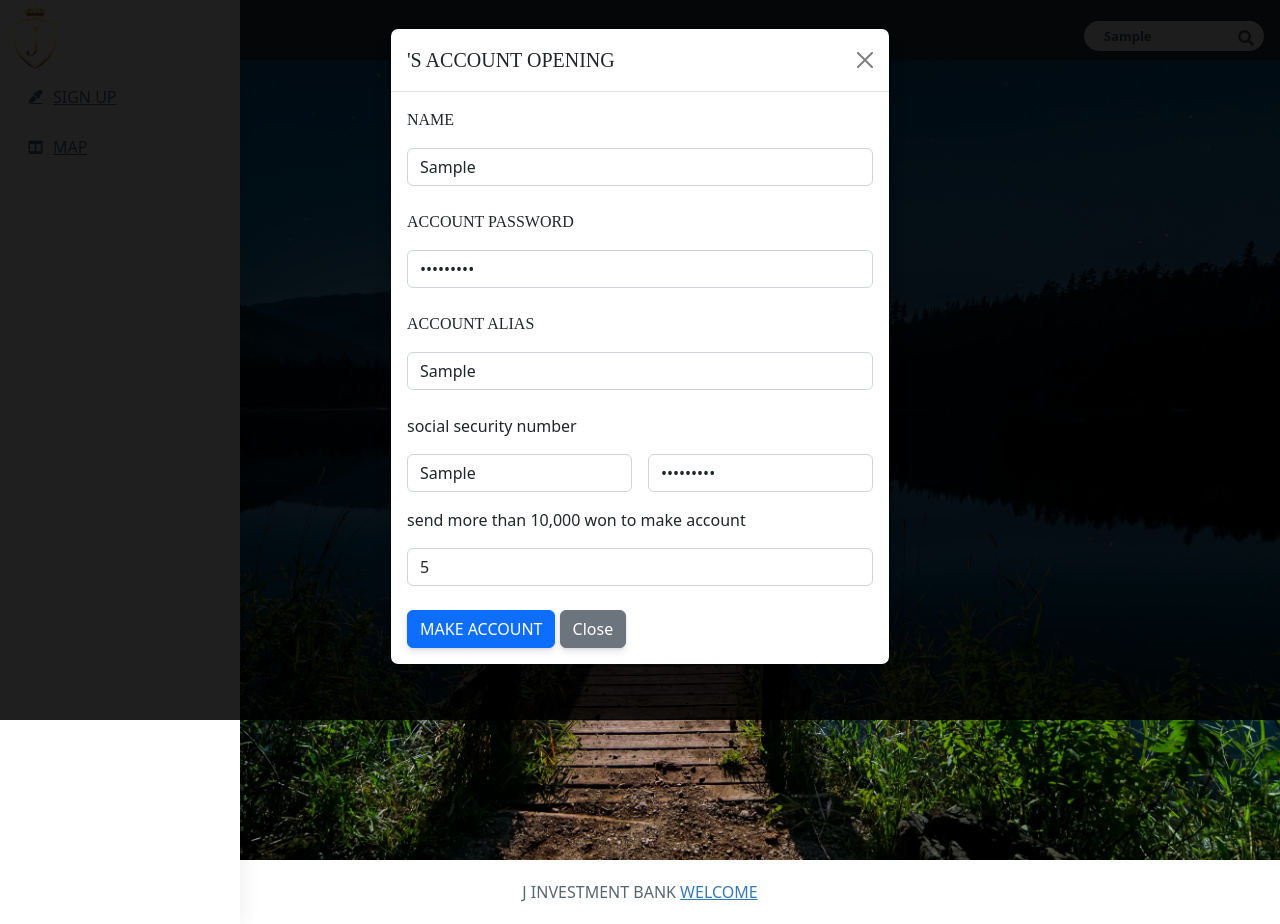
Repository: chopilyeon/HanaOpenBanking
Page: http://localhost/OpenBanking/jsp/bank/openAccount.jsp
An editor plug-in stored every save of this project. The page is shown before and after the next save, followed by the edit.
The browser window is 1280 px wide. The pictures show the whole page.
Empty fields were first filled with sample values (such as "Sample", 5 or name@example.com).
After loading, the first visible `.modal-body > form` was submitted once.
Some web fonts or font styles are not loaded; a fallback is used. The page is served by Tomcat 9.

Above is the page before, as saved 2022-07-15 07:23:22.
Console error: TypeError: Cannot read properties of null (reading 'querySelector')

After the next save:
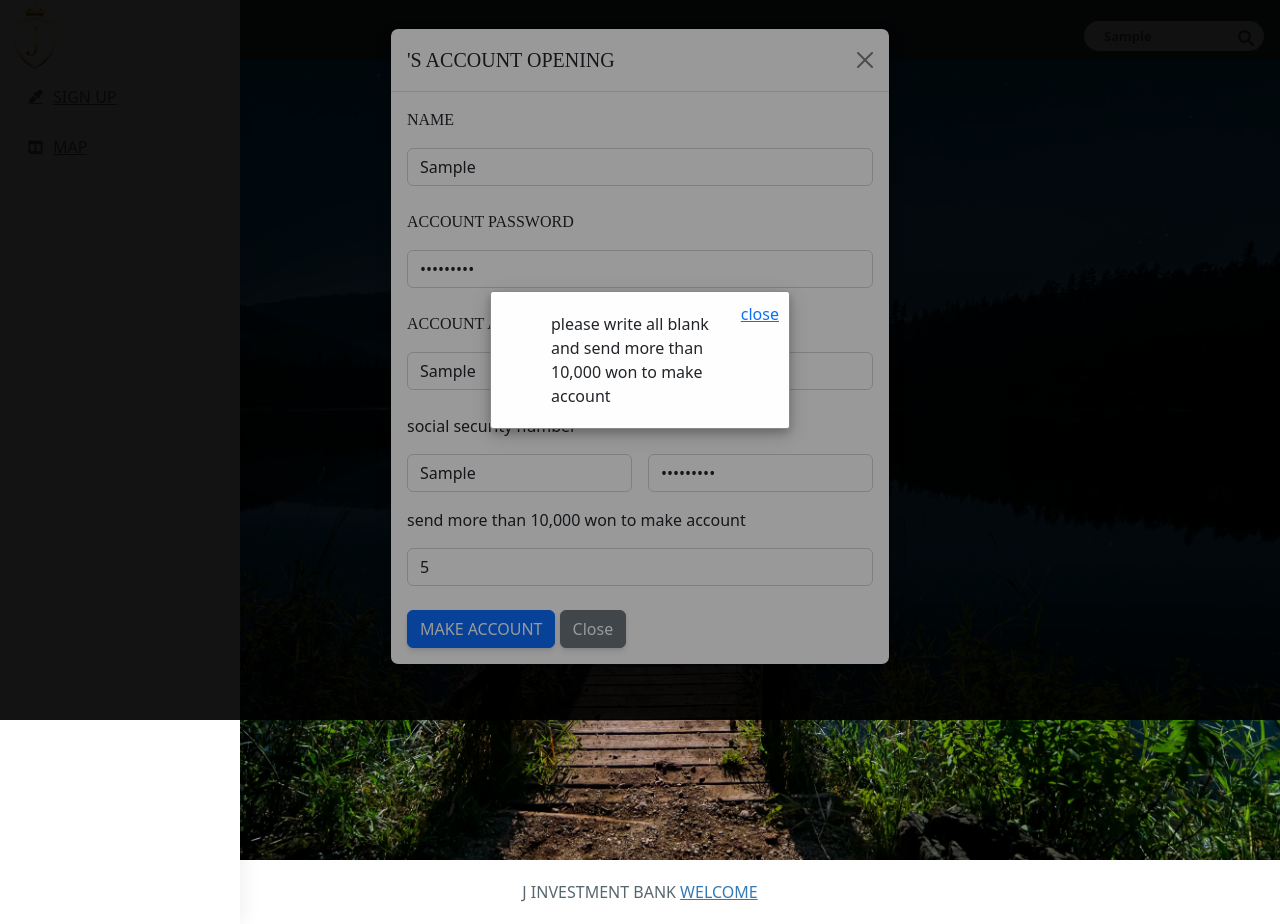
Saved 54 s later.
--- a/OpenBanking/src/main/webapp/jsp/bank/openAccount.jsp
+++ b/OpenBanking/src/main/webapp/jsp/bank/openAccount.jsp
@@ -81,7 +81,7 @@
  	let f = document.writeForm
 
  	if(f.name.value==''){
-
+		document.getElementById("popup_open_btn").click();
  		return false
 
 
@@ -92,17 +92,17 @@
 
  	if(f.password.value==''){
 
-
+		document.getElementById("popup_open_btn").click();
  		return false
  	}
 
 
  	if(f.iden_number1.value==''||f.iden_number1.value.toString().length!=6){
-
+		document.getElementById("popup_open_btn").click();
  		return false
  	}
  	if(f.iden_number2.value==''||f.iden_number2.value.toString().length!=7){
-
+		document.getElementById("popup_open_btn").click();
 
  		return false
  	}
@@ -117,7 +117,7 @@
 	if(f.alias.value==''){
 
 
-
+		document.getElementById("popup_open_btn").click();
  		return false
  	}
 
